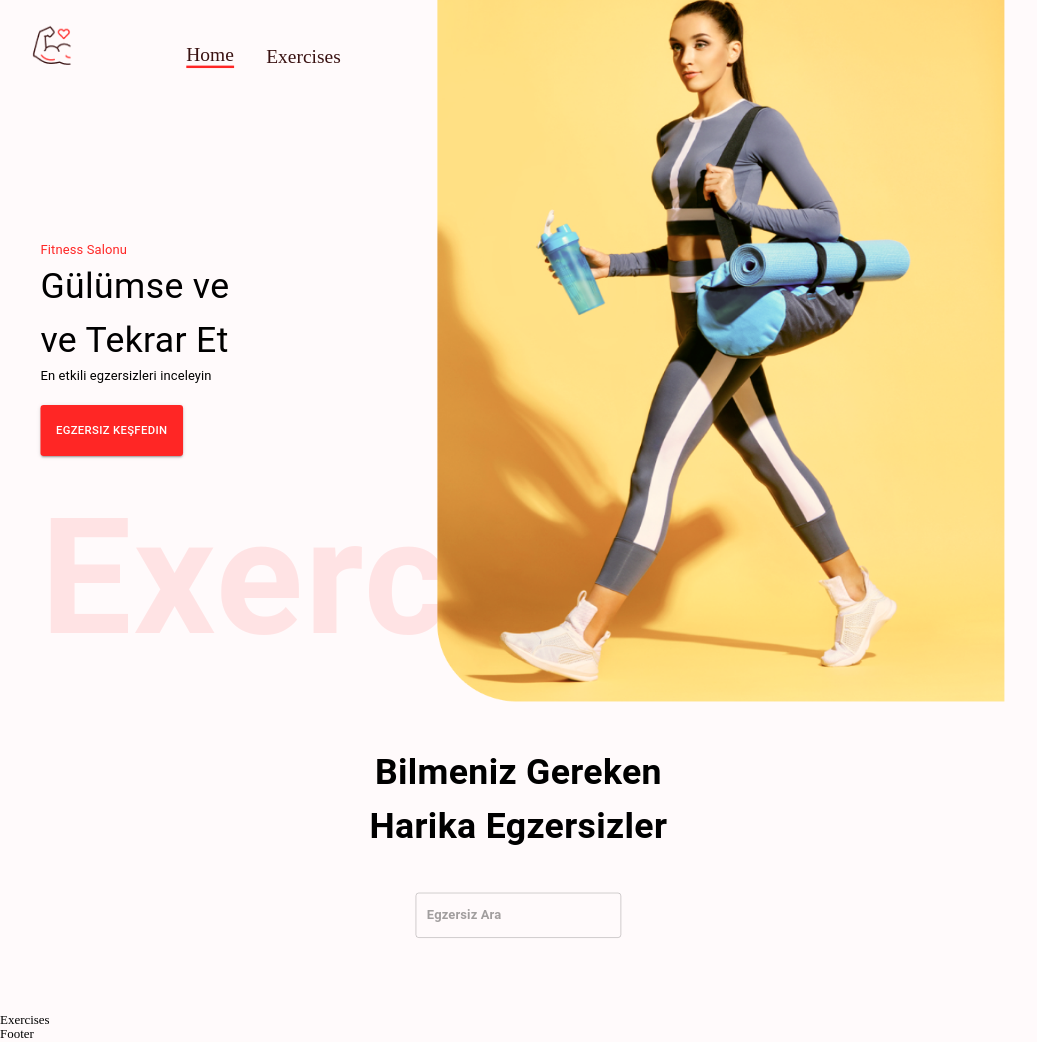
Repository: Kubraaygun/Gym_App
Page: /
The author's editor kept a copy of each file at every save. The page is drawn from the files as they stood at one save, then again after the next save.
The browser window is 1280 px wide. The pictures show the whole page, at 81% of full size.
The project was rebuilt for these pictures with package versions that can differ from the ones it lists, and the page was loaded fresh each time. Also part of the build but not shown: src/pages/ExerciseDetail.js.

Above is the page before, as saved 2025-01-25 17:43:58.

### src/App.js
import React from "react";
import "./App.css";
import { Route, Routes } from "react-router-dom";
import { Box } from "@mui/material";
import ExerciseDetail from "./pages/ExerciseDetail";
import Home from "./pages/Home";
import Navbar from "./components/Navbar";
import Footer from "./components/Footer";

const App = () => {
  return (
    <Box width="400px" sx={{ width: { xl: "1488" } }} m="auto">
      <Navbar />
      <Routes>
        <Route path="/" element={<Home />} />
        <Route path="/exercise/:id" element={<ExerciseDetail />} />
      </Routes>
      <Footer />
    </Box>
  );
};

export default App;

### src/pages/Home.js
import React, { useState } from "react";
import { Box } from "@mui/material";
import HeroBanner from "../components/HeroBanner";
import SearchExercises from "../components/SearchExercises";
import Exercises from "../components/Exercises";
const Home = () => {
  return (
    <Box>
      <HeroBanner />
      <SearchExercises />
      <Exercises />
    </Box>
  );
};

export default Home;

### src/components/Navbar.js
import React from "react";
import { Link } from "react-router-dom";
import { Stack } from "@mui/material";
import Logo from "../assets/images/Logo.png";
const Navbar = () => {
  return (
    <Stack
      direction="row"
      justifyContent="space-around"
      sx={{
        gap: { sm: "122px", sx: "40px" },
        mt: { sm: "32px", xs: "20px" },
        justifyContent: "none",
      }}
      px="20px"
    >
      <Link>
        <img
          src={Logo}
          alt="logo"
          style={{ width: "48px", height: "48px", margin: "0 20px" }}
        />
      </Link>
      <Stack direction="row" gap="40px" fontSize="24px" alignItems="flex-end">
        <Link
          to="/"
          style={{
            textDecoration: "none",
            color: "#3A1212",
            borderBottom: "3px solid #FF2625",
          }}
        >
          Home
        </Link>
        <a
          href="#exercises"
          style={{
            textDecoration: "none",
            color: "#3A1212",
          }}
        >
          Exercises
        </a>
      </Stack>
    </Stack>
  );
};

export default Navbar;

### src/components/HeroBanner.js
import React from "react";
import { Box, Stack, Typography, Button } from "@mui/material";
import HeroBannerImage from "../assets/images/banner.png";
import styles from "../theme/styles.css";

const HeroBanner = () => {
  return (
    <Box
      className="banner"
      sx={{ mt: { lg: "212px", sx: "700px" }, ml: { sm: "50px" } }}
    >
      <Typography className="banner-title">Fitness Salonu</Typography>
      <Typography
        className="banner-heading"
        sx={{ fontSize: { lg: "44px", sx: "40px" } }}
      >
        Gülümse ve <br /> ve Tekrar Et
      </Typography>
      <Typography className="banner-subtitle" mb={3}>
        En etkili egzersizleri inceleyin
      </Typography>
      <Button
        className="banner-button"
        variant="contained"
        href="#exercises"
        sx={{ backgroundColor: "#ff2625", padding: "19px" }}
      >
        Egzersiz keşfedin
      </Button>
      <Typography
        className="banner-background-text"
        fontWeight={600}
        sx={{ opacity: 0.1, display: { lg: "block", xs: "none" } }}
        fontSize="200px"
      >
        Exercise
      </Typography>
      <img src={HeroBannerImage} alt="banner" className="hero-banner-img" />
    </Box>
  );
};

export default HeroBanner;

### src/components/SearchExercises.js
import React, { useState, useEffect } from "react";
import { Box, Button, Stack, TextField, Typography } from "@mui/material";
const SearchExercises = () => {
  return (
    <Stack alignItems="center" mt="37px" justifyContent="center" p="20px">
      <Typography
        fontWeight={700}
        sx={{ fontSize: { lg: "44px", sx: "30px" } }}
        mb="50px"
        textAlign="center"
      >
        Bilmeniz Gereken <br /> Harika Egzersizler
      </Typography>
      <Box position="relative" mb="72px">
        <TextField
          sx={{
            input: { fontWeight: "700", border: "none", borderRadius: "4px" },
          }}
          height="76px"
          value=""
          onChange={(e) => {}}
          placeholder="Egzersiz Ara"
          type="text"
        />
      </Box>
    </Stack>
  );
};

export default SearchExercises;

### src/theme/styles.css
/* HeroBanner */

.banner {
  position: relative;
  padding: 20x;
}
.banner-title {
  color: #ff2625;
  font-weight: 600;
  font-size: 26px;
}
.banner-heading {
  font-weight: 700;
  margin-bottom: 23px;
  margin-top: 30px;
}
.banner-subtitle {
  font-size: 22px;
  line-height: 35px;
}
.banner-button {
  color: "error";
}
.banner-background-text {
  color: #ff2625;
}

Loaded but not shown: public/index.html (common file); src/index.js (common file); src/App.css (common file); src/components/Footer.js (common file); src/components/Exercises.js (common file)

After the next save:
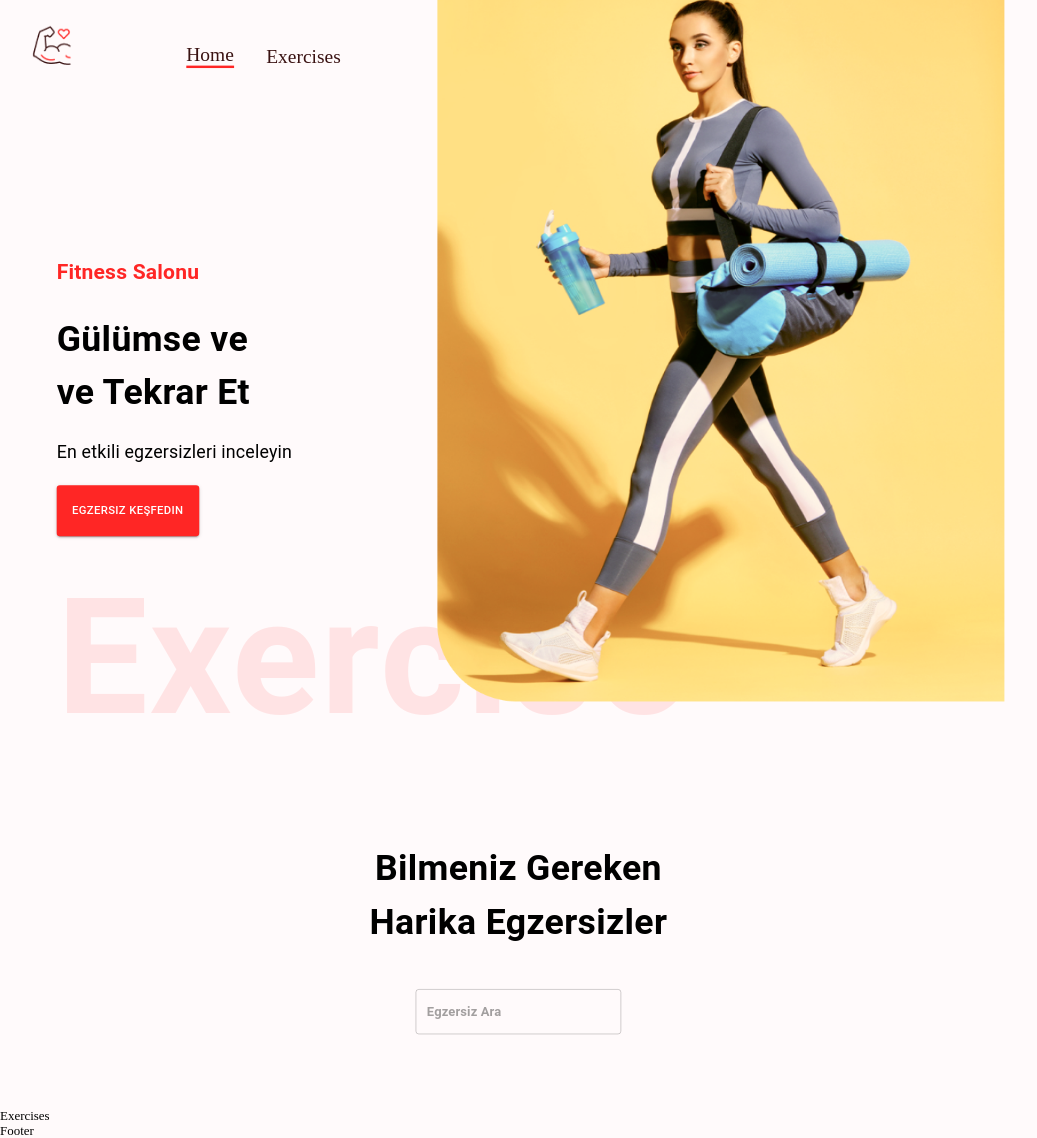
Saved 42 s later.
--- a/src/components/HeroBanner.js
+++ b/src/components/HeroBanner.js
@@ -1,35 +1,39 @@
 import React from "react";
 import { Box, Stack, Typography, Button } from "@mui/material";
 import HeroBannerImage from "../assets/images/banner.png";
-import styles from "../theme/styles.css";
 
 const HeroBanner = () => {
   return (
     <Box
-      className="banner"
       sx={{ mt: { lg: "212px", sx: "700px" }, ml: { sm: "50px" } }}
+      position="relative"
+      p="20px"
     >
-      <Typography className="banner-title">Fitness Salonu</Typography>
+      <Typography color="#FF2625" fontWeight="600" fontSize="26px">
+        Fitness Salonu
+      </Typography>
       <Typography
-        className="banner-heading"
+        fontWeight={700}
         sx={{ fontSize: { lg: "44px", sx: "40px" } }}
+        mb="23px"
+        mt="30px"
       >
         Gülümse ve <br /> ve Tekrar Et
       </Typography>
-      <Typography className="banner-subtitle" mb={3}>
+      <Typography fontSize="22px" lineHeight="35px" mb={3}>
         En etkili egzersizleri inceleyin
       </Typography>
       <Button
-        className="banner-button"
         variant="contained"
+        color="error"
         href="#exercises"
         sx={{ backgroundColor: "#ff2625", padding: "19px" }}
       >
         Egzersiz keşfedin
       </Button>
       <Typography
-        className="banner-background-text"
         fontWeight={600}
+        color="#ff2625"
         sx={{ opacity: 0.1, display: { lg: "block", xs: "none" } }}
         fontSize="200px"
       >
